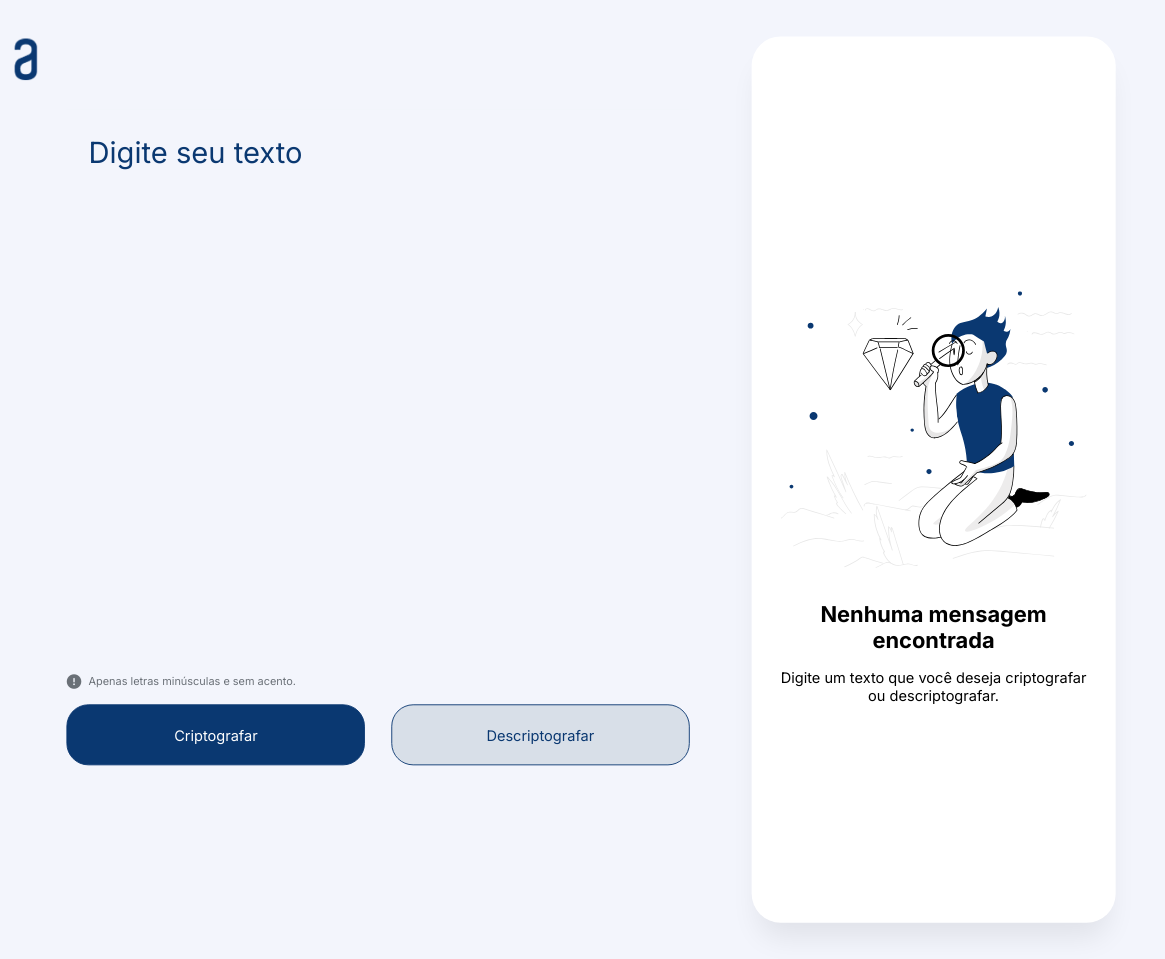
Repository: CarlosEduardoVdeOliveira/descodificador-de-texto
Page: index.html
These files come from the project's save history. The page is drawn as it stood at one moment and after the next save; the edit follows.
The browser window is 1280 px wide. The pictures show the whole page, at 91% of full size.

Above is the page before, as saved 2023-04-13 14:55:22.

### index.html
<!DOCTYPE html>
<html lang="en">
<head>
   <meta charset="UTF-8">
   <link rel="preconnect" href="https://fonts.googleapis.com">
   <link rel="preconnect" href="https://fonts.gstatic.com" crossorigin>
   <meta http-equiv="X-UA-Compatible" content="IE=edge">
   <meta name="viewport" content="width=device-width, initial-scale=1.0">
   <link href="https://fonts.googleapis.com/css2?family=Inter:wght@400;700&display=swap" rel="stylesheet">
   <link rel="stylesheet" href="https://cdnjs.cloudflare.com/ajax/libs/font-awesome/6.4.0/css/all.min.css" integrity="sha512-iecdLmaskl7CVkqkXNQ/ZH/XLlvWZOJyj7Yy7tcenmpD1ypASozpmT/E0iPtmFIB46ZmdtAc9eNBvH0H/ZpiBw==" crossorigin="anonymous" referrerpolicy="no-referrer" />
   <link rel="stylesheet" href="/src/styles/reset.css">
   <link rel="stylesheet" href="/src/styles/index.css">
   <link rel="stylesheet" href="/src/styles/tablet.css">
   <link rel="stylesheet" href="/src/styles/mobile.css">
   <title>Decodificador</title>
</head>
<body>
   <main>
      <img src="/src/images/imageLogo2.png"
         alt="letra a da logo da escola de programação Alura">
      <div class="highlight">
         <textarea placeholder="Digite seu texto" autofocus></textarea>
         <div class="info">
            <span>
               <i class="fa-solid fa-circle-exclamation"></i>
               Apenas letras minúsculas e sem acento.
            </span>
            <div class="info-group-button">
               <button class="button-cryptography">Criptografar</button>
               <button class="button-decryption">Descriptografar</button>
            </div>
         </div>
      </div>
      <div class="text-cryption">
         <img src="/src/images/imageHighLight.svg" alt="">
         <div>
            <h2>Nenhuma mensagem encontrada</h2>
            <p>
               Digite um texto que você deseja criptografar ou descriptografar.
            </p>
         </div>

      </div>
   </main>
   <script src="/src/scripts/index.js"></script>
</body>
</html>

### src/styles/reset.css
:root{
   --light-gray: #D8DFE8;
   --gray-100: #CED4DA;
   --gray-200: #ADB5BD;
   --gray-300: #868E96;
   --gray-400: #495057;
   --gray-500: #343A40;
   --light-blue-100: #F3F5FC;
   --light-blue-200: #EFF1FA;
   --light-blue-300: #E9ECF8;
   --light-blue-400: #AAB2D5;
   --light-blue-500: #757FB2;
   --dark-blue-100: #609ED4;
   --dark-blue-200: #356EA9;
   --dark-blue-300: #0A3871;
   --dark-blue-400: #072B61;
   --dark-blue-500: #052051;
}
*{
   margin: 0;
   padding: 0;
   box-sizing: border-box;
}

html, input, textarea, button{
   background-color: var(--light-blue-100);
   font-family:  'Inter', sans-serif;
   font-size: 1rem;
   -webkit-font-smoothing: antialiased;
   -moz-osx-font-smoothing: grayscale;
}

### src/styles/index.css
body{
   background-color: var(--light-blue-100);
}
img{
   width: 1.943rem;
   height: 3rem;
   margin-top: 2.5rem;
}
main {
   display: flex;
   justify-content: space-around;
   align-items: self-start;
   margin: 0 auto;
}
.highlight{
   display: flex;
   flex-direction: column;
   margin-top: 7.5rem;
}
textarea{
   width: 100%;
   height: calc(100vh - 100px);
   font-size: 32px;
   line-height: 150%;
   background-color: var(--light-blue-100);
   color: var(--dark-blue-300);
   border: none;
   resize: none;
   margin: 0 auto;
   padding: 1.5rem;
}
textarea:focus{
   outline: 0;
}

textarea::placeholder{
   color: var(--dark-blue-300);
}
span{
   display: flex;
   align-items: center;
   font-size: 12px;
   color: var(--gray-400);
   line-height: 150%;
   opacity: 0.8;
   margin-bottom: 1rem;
}
i{
   color: var(--gray-400);
   margin-right: 0.5rem;
   font-size: 1rem;
}

button{
   padding: 1.5rem;
   width: 328px;
   height: 67px;
   border-radius: 1.5rem;
   cursor: pointer;
   font-size: 1rem;
   line-height: 19px;
   border: 1px solid var(--dark-blue-300);
   transition: all .2s;
}
.info{
   background-color: var(--light-blue-100);
}
.info .button-cryptography{
   background-color: var(--dark-blue-300);
   color: white;
   margin-right: 1.5rem;
}
.info .button-cryptography:hover{
   background-color: var(--dark-blue-400);
}
.info .button-decryption{
   background: var(--light-gray);
   color: var(--dark-blue-300);
}
.info .button-decryption:hover{
   background-color: var(--light-blue-200);
}
.text-cryption{
   width: 25rem;
   margin: 2.5rem;
   padding: 15rem 2rem;
   text-align: center;
   background-color: white;
   /* shadow */
   box-shadow: 0px 24px 32px -8px rgba(0, 0, 0, 0.08);
   border-radius: 32px;
}
.text-cryption img{
   width: 21rem;
   height: 19rem;
}
.text-cryption div{
   display: flex;
   flex-direction: column;

   margin-top: 2rem;
   padding: 0px;
   gap: 16px;
}

textarea.textarea-output{
   font-size: 1.5rem;
   color: var(--gray-400);
   height: calc(100vh - 100px);
   padding: 1rem;
}
.text-cryption-whit-text{
   padding: 1rem;
}

.button-copy-cryption{
   background-color: white;
}
.button-copy-cryption:hover{
   background-color: var(--light-blue-200);
}

### src/styles/tablet.css
@media (max-width: 768px) {
   main{
      display: block;
   }
   img{
      margin: 1rem;
   }
   .textarea-input{
      margin: 0 auto;
   }
   .info{
      display: flex;
      flex-direction: column;
      margin: 0 auto;
   }
   .text-cryption{
      width: 43rem;
      height: 8.313rem;
      padding: 0;
      margin: 1.5rem auto;
   }
   .text-cryption img{
      display: none;
   }
}

### src/styles/mobile.css
@media (max-width: 375px) {
   img{
      margin: 1rem;
   }
   .info{
      margin: 0 auto;
   }
   .info-group-button{
      display: flex;
      flex-direction: column;
   }
   .info-group-button .button-cryptography{
      margin-bottom: 1.5rem;
   }
   .text-cryption{
      width: 20.438rem;
      height: 11.625rem;
      padding: 0;
      margin: 1.5rem auto;
   }
}

### src/scripts/index.js
const elementTextarea = document.querySelector("textarea");
const areaCryption = document.querySelector(".text-cryption");
const buttonCryptography = document.querySelector(".button-cryptography");
const buttonDecryption = document.querySelector(".button-decryption");
const buttonCopy = document.querySelector(".button-copy");

function encryptText(){
   const textareaValue = elementTextarea.value;

   if ( textareaValue.length > 0) {
      areaCryption.classList.add("text-cryption-whit-text")
      return areaCryption.innerHTML = `
         <textarea class="textarea-output" disabled>${textareaValue}</textarea>
         <button class="button-copy" id='copy'>Copiar</button>
      `;

   }
   return alert("Preencha o campo!")
}

function decryptText(){
   if ( textareaValue.length > 0) {
      areaCryption.classList.add("text-cryption-whit-text");
      areaCryption.innerHTML = `
         <textarea class="textarea-output" disabled>${textareaValue}</textarea>

      `;

   }
   return alert("Preencha o campo!")
}

/* function copyText(){
   const textareaOutput = document.querySelector('.textarea-output');
   textareaOutput.select();
   document.execCommand('copy');
} */

buttonCryptography.addEventListener('click', encryptText);
buttonDecryption.addEventListener('click', decryptText);
/* buttonCopy.addEventListener('click', copyText); */

After the next save:
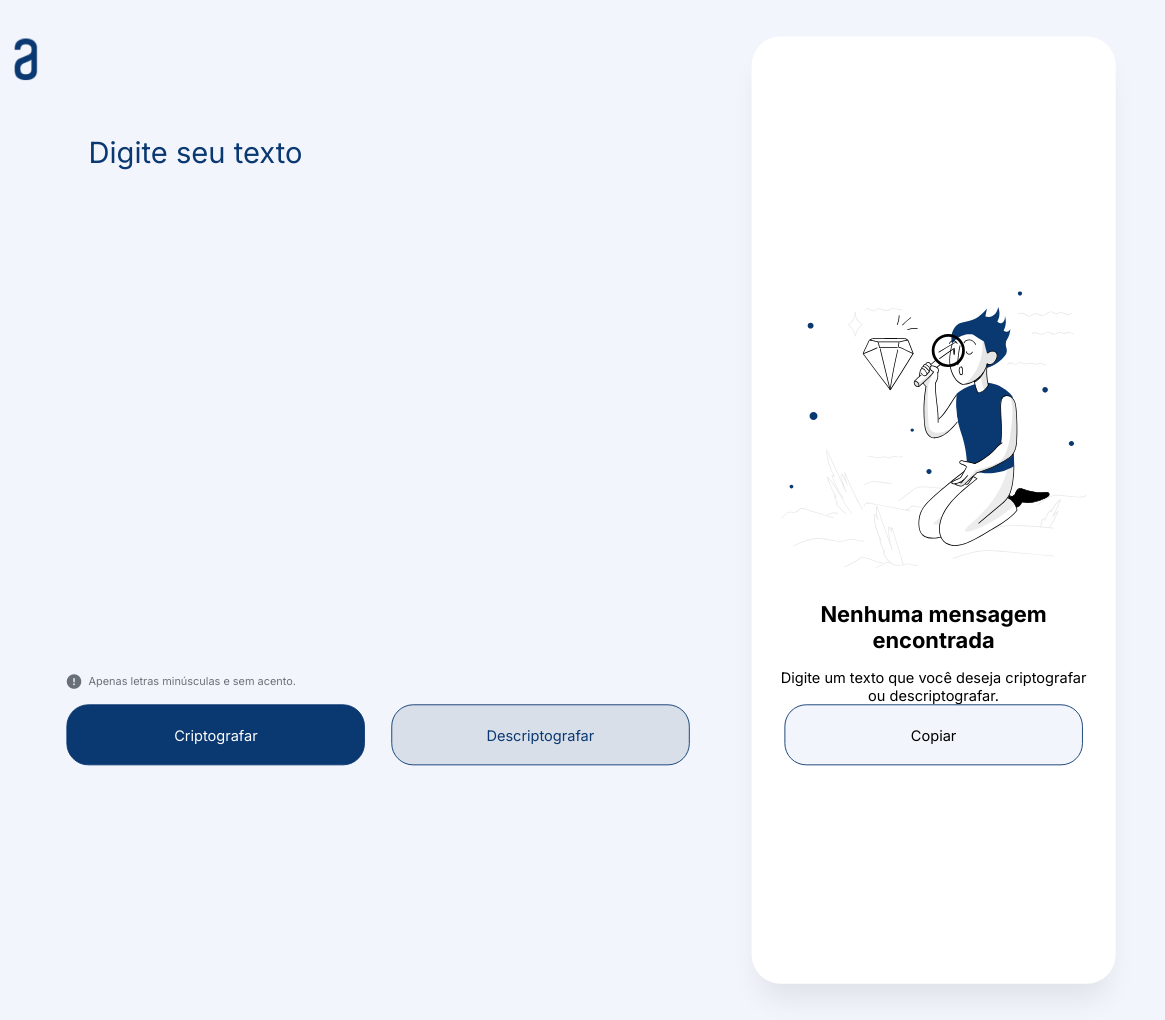
Console error: ReferenceError: buttonCopy is not defined
Saved 3 s later.
--- a/index.html
+++ b/index.html
@@ -39,9 +39,17 @@
                Digite um texto que você deseja criptografar ou descriptografar.
             </p>
          </div>
-
+          <button class="button-copy">Copiar</button>
       </div>
    </main>
+   <script>
+      function copyText(){
+         const textareaOutput = document.querySelector('.textarea-output');
+         textareaOutput.select();
+         document.execCommand('copy');
+      }
+      buttonCopy.addEventListener('click', copyText);
+   </script>
    <script src="/src/scripts/index.js"></script>
 </body>
 </html>

After the 4 saves that followed:
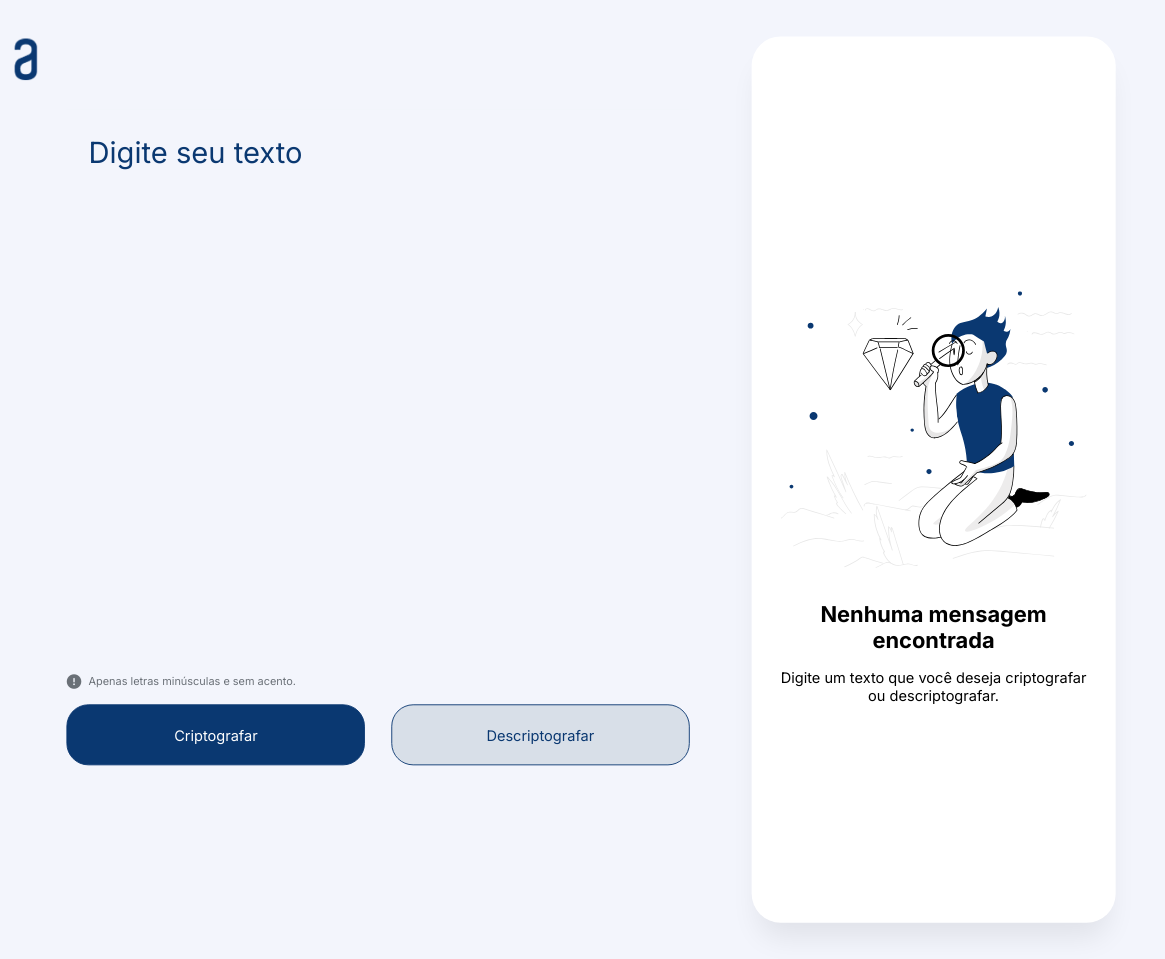
The error is gone.
The 4 saves are shown as one change because 3 left the picture as it was.
The last was saved 96 s later.
--- a/index.html
+++ b/index.html
@@ -39,17 +39,9 @@
                Digite um texto que você deseja criptografar ou descriptografar.
             </p>
          </div>
-          <button class="button-copy">Copiar</button>
+
       </div>
    </main>
-   <script>
-      function copyText(){
-         const textareaOutput = document.querySelector('.textarea-output');
-         textareaOutput.select();
-         document.execCommand('copy');
-      }
-      buttonCopy.addEventListener('click', copyText);
-   </script>
    <script src="/src/scripts/index.js"></script>
 </body>
 </html>
--- a/src/scripts/index.js
+++ b/src/scripts/index.js
@@ -2,7 +2,7 @@ const elementTextarea = document.querySelector("textarea");
 const areaCryption = document.querySelector(".text-cryption");
 const buttonCryptography = document.querySelector(".button-cryptography");
 const buttonDecryption = document.querySelector(".button-decryption");
-const buttonCopy = document.querySelector(".button-copy");
+/* const buttonCopy = document.querySelector(".button-copy"); */
 
 function encryptText(){
    const textareaValue = elementTextarea.value;
